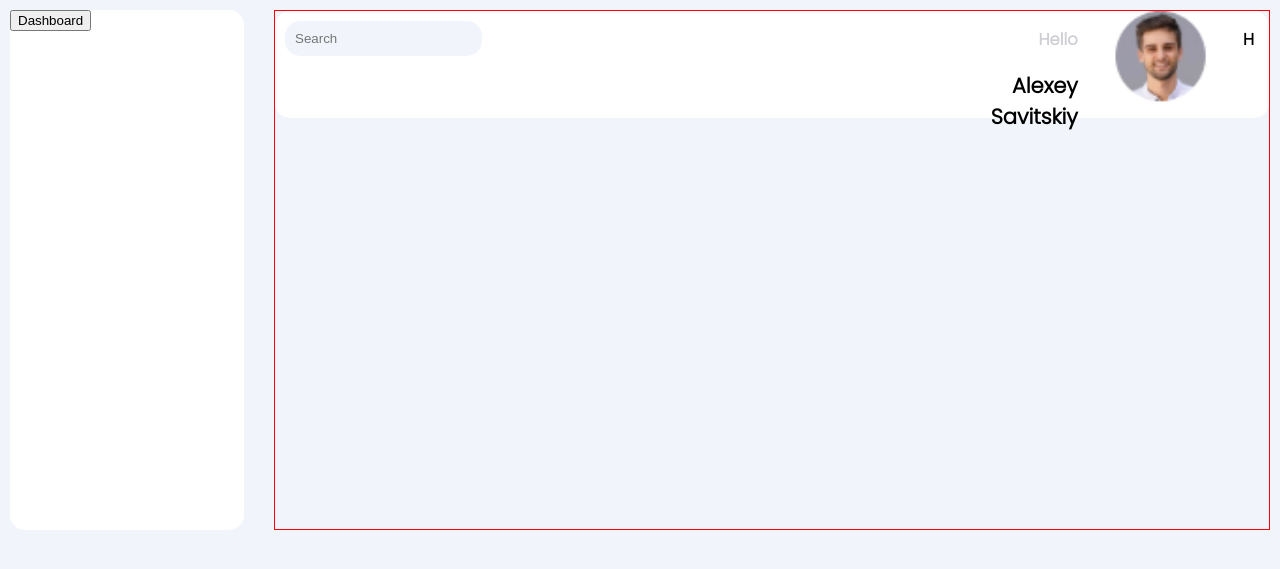
Repository: Anuruddha00/dashboard-design
Page: /
These files come from the project's save history. The page is drawn as it stood at one moment and after the next save; the edit follows.
The browser window is 1280 px wide. The pictures show the whole page.
The project was rebuilt for these pictures with package versions that can differ from the ones it lists, and the page was loaded fresh each time.

Above is the page before, as saved 2021-05-07 00:20:56.

### public/index.html
<!DOCTYPE html>
<html lang="en">
  <head>
    <meta charset="utf-8" />
    <link rel="icon" href="%PUBLIC_URL%/favicon.ico" />
    <meta name="viewport" content="width=device-width, initial-scale=1" />
    <meta name="theme-color" content="#000000" />
    <meta
      name="description"
      content="Web site created using create-react-app"
    />
    <link rel="apple-touch-icon" href="%PUBLIC_URL%/logo192.png" />

    <link rel="preconnect" href="https://fonts.gstatic.com">
    <link href="https://fonts.googleapis.com/css2?family=Poppins:wght@300&display=swap" rel="stylesheet">

    <!--
      manifest.json provides metadata used when your web app is installed on a
      user's mobile device or desktop. See https://developers.google.com/web/fundamentals/web-app-manifest/
    -->
    <link rel="manifest" href="%PUBLIC_URL%/manifest.json" />
    <!--
      Notice the use of %PUBLIC_URL% in the tags above.
      It will be replaced with the URL of the `public` folder during the build.
      Only files inside the `public` folder can be referenced from the HTML.

      Unlike "/favicon.ico" or "favicon.ico", "%PUBLIC_URL%/favicon.ico" will
      work correctly both with client-side routing and a non-root public URL.
      Learn how to configure a non-root public URL by running `npm run build`.
    -->
    <title>React App</title>
  </head>
  <body>
    <noscript>You need to enable JavaScript to run this app.</noscript>
    <div id="root"></div>
    <!--
      This HTML file is a template.
      If you open it directly in the browser, you will see an empty page.

      You can add webfonts, meta tags, or analytics to this file.
      The build step will place the bundled scripts into the <body> tag.

      To begin the development, run `npm start` or `yarn start`.
      To create a production bundle, use `npm run build` or `yarn build`.
    -->
  </body>
</html>

### src/index.js
import React from 'react';
import ReactDOM from 'react-dom';
import Dashboard from './containers/Dashboard/Dashboard';
import reportWebVitals from './reportWebVitals';

ReactDOM.render(
  <React.StrictMode>
    <Dashboard />
  </React.StrictMode>,
  document.getElementById('root')
);

// If you want to start measuring performance in your app, pass a function
// to log results (for example: reportWebVitals(console.log))
// or send to an analytics endpoint. Learn more: https://bit.ly/CRA-vitals
reportWebVitals();

### src/containers/Dashboard/Dashboard.js
import React from 'react';
import './Dashboard.scss';

const dashboard = () =>{

    return(
        <div className='container'>
            <div className='dashboard'>
                <div className='dashboardSideBar'>
                    <button>Dashboard</button>
                </div>
                <div className='dashboardMenu'>
                    <section className='content'>
                        <nav className='contentNavbar'>
                            <div className='contentNavbarSearch'>
                                <form>
                                    <input type='text' placeholder='Search'/>
                                </form>
                            </div>
                            <div className='contentNavbarProfile'>
                                <div className='contentNavbarProfileName'>
                                    <h3>Hello</h3>
                                    <h2>Alexey Savitskiy</h2>
                                </div>
                                <img src='./assets/Image 9.png'/>
                                <h1>H</h1>
                            </div>
                        </nav>
                   </section>

                   <section>

                   </section>
                </div>
            </div>
        </div>
    )

}
export default dashboard;


{/* <nav className ='navBar'>
                    <div className='navBarContent'>
                        <div className='navBarContentSearch'>
                            <form className='navBarContentSearchField'>
                                <input type='text' placeholder='Search'/>
                            </form>
                        </div>
                        <div className='navBarContentProfile'>
                            <div className='navBarContentProfileName'>
                                <h2>Hello</h2>
                                <h2>Alexey Savitskiy</h2>
                            </div>
                            <img src='./assets/Image 9.png'/>
                            <h1>H</h1>
                        </div>
                    </div>
                </nav> */}

### src/containers/Dashboard/Dashboard.scss

body{
    margin: 0;
    padding: 0;
    font-size: 0.875rem;
    font-family: 'Poppins', sans-serif;

}

.container{
    background: #f1f5fb;
    height: 100vh;

    .dashboard{
        display: grid;
        grid-template-columns: 1fr 4fr;
        gap:10px;
        grid-auto-rows: minmax(100px, auto);

        &SideBar{
            grid-column: 1;
            grid-row: 1 / 6;
            border-radius: 15px;
            background: #ffffff;
            margin: 10px;

        }
        &Menu{
            border: 1px solid red;
            grid-column: 2;
            grid-row: 1 / 6;
            margin: 10px;

            .content{
                display: grid;
                grid-template-rows:1fr 3fr ;
                gap:10px;

                &Navbar{
                    display: flex;
                    justify-content: space-between;
                    background: #ffffff;
                    border-radius: 15px;

                    &Search{

                        input{
                            background: #f1f5fb;
                            border-style: none;
                            padding:10px;
                            margin: 10px;
                            border-radius: 15px;
                        }
                    }
                    &Profile{
                        display: flex;
                        flex-direction: row;
                        gap: 2em;
                        margin-right: 15px;

                        &Name{
                            text-align: end;

                            h3{
                                color: #cdcdd3;

                            }
                        }
                    }
                }
            }
        }
    }
}


// .navBar{
//     display: flex;
//     justify-content: end;
//     border: 1px solid #ffffff;
//     background:#ffffff;

//     &Content{
//         display: flex;


//         &Search{

//             &Field{

//             }
//         }
//         &Profile{

//             &Name{

//             }
//             display: flex;
//             gap: 1em;
//         }
//     }
// }

Loaded but not shown: src/reportWebVitals.js (common file)

After the next save:
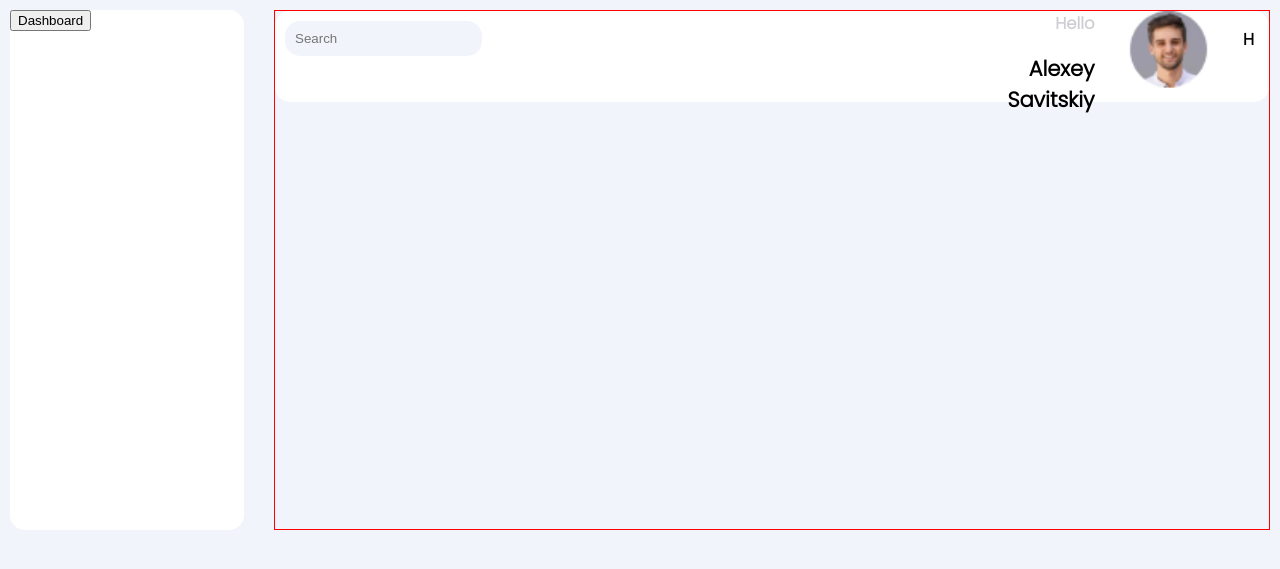
Saved 21 s later.
--- a/src/containers/Dashboard/Dashboard.scss
+++ b/src/containers/Dashboard/Dashboard.scss
@@ -63,7 +63,7 @@
 
                             h3{
                                 color: #cdcdd3;
-
+                                margin-top: 0;
                             }
                         }
                     }

After the save that followed:
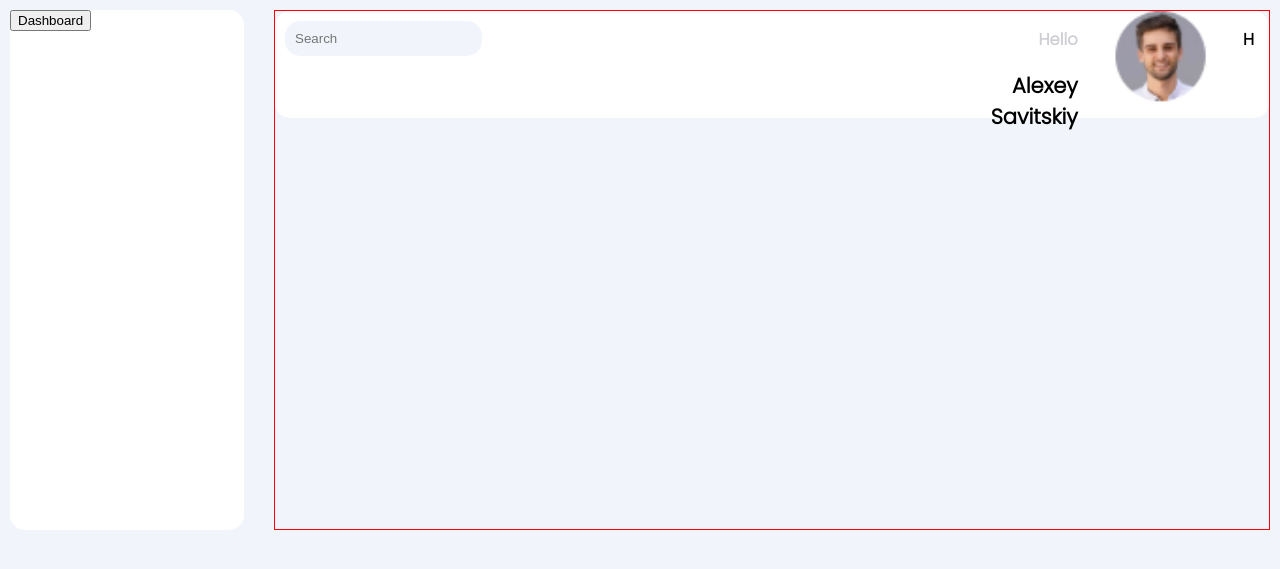
Saved 10 s later.
--- a/src/containers/Dashboard/Dashboard.scss
+++ b/src/containers/Dashboard/Dashboard.scss
@@ -63,7 +63,7 @@
 
                             h3{
                                 color: #cdcdd3;
-                                margin-top: 0;
+                                margin-bottom: 0;
                             }
                         }
                     }
